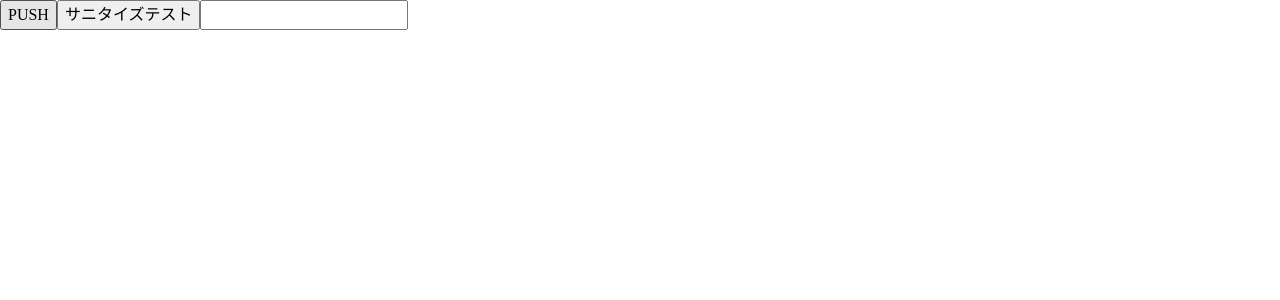
Repository: tsugitasu-japan/tsugitasu
Page: /test
These files come from the project's save history. The page is drawn as it stood at one moment and after the next save; the edit follows.
The browser window is 1280 px wide. The pictures show the whole page.
The project was rebuilt for these pictures with package versions that can differ from the ones it lists, and the page was loaded fresh each time. Also part of the build but not shown: src/views/Index.vue, src/views/SignUp.vue, src/views/Login.vue, src/views/Dashboard.vue, src/views/Profile.vue, src/views/CreateAuth.vue.

Above is the page before, as saved 2022-07-01 13:12:52.

After the next save:
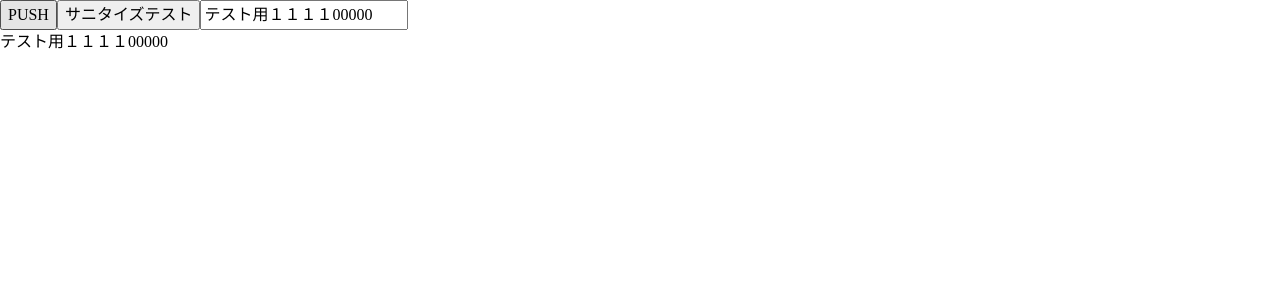
Saved 39 s later.
--- a/src/components/LamdaTest.vue
+++ b/src/components/LamdaTest.vue
@@ -11,7 +11,7 @@
 export default{
   data(){
     return{
-      math:''
+      math:'テスト用１１１１00000'
     }
   },
   methods:{
